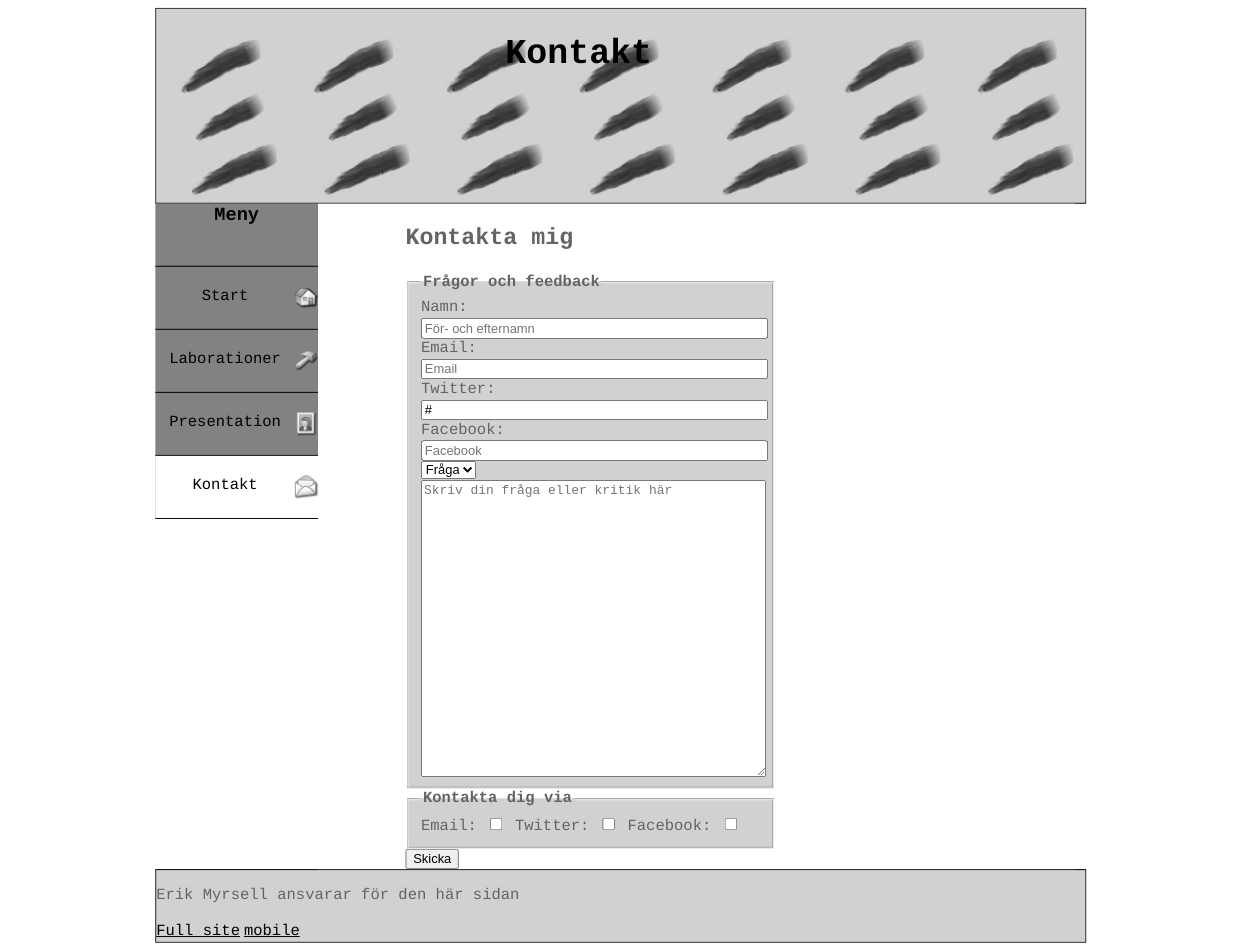
Repository: em222mt/1IK415_em222mt
Page: pages/kontakt.html
The author's editor kept a record of every edit. The page is drawn from the files as they stood at one moment, then again after the next edit.
The browser window is 1280 px wide. The pictures show the whole page, at 97% of full size.

Above is the page before.
Console error (its wording comes from the project's code and is left out).

After the next edit:
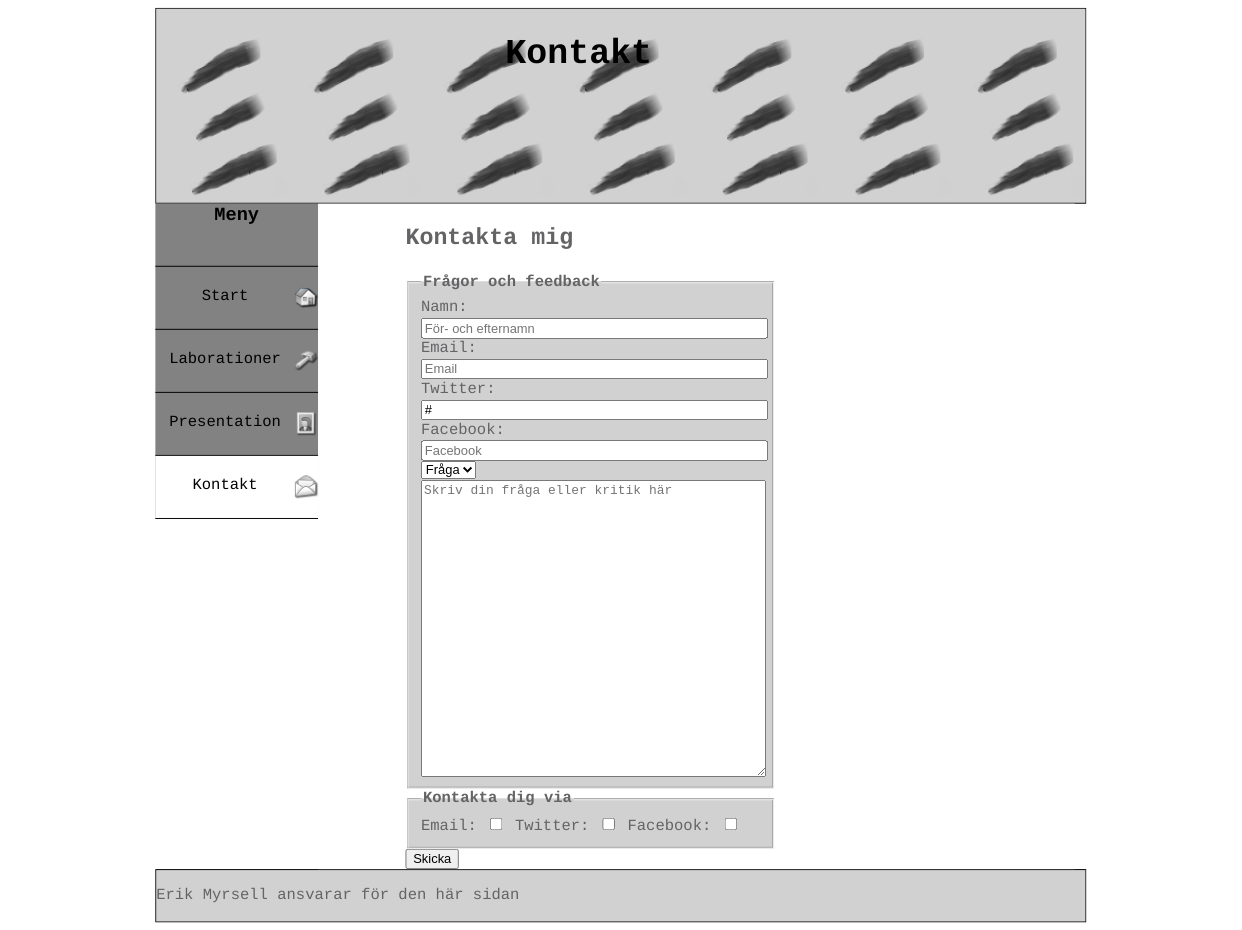
The error is gone.
The edit:
--- a/pages/kontakt.html
+++ b/pages/kontakt.html
@@ -94,8 +94,8 @@
 
                 <p>Erik Myrsell ansvarar för den här sidan</p>
 
-                <a href="/" onclick="setActiveStyleSheet(’basic’); return false;">Full site</a>
-                <a href="/" onclick="setActiveStyleSheet(’sscreen’); return false;">mobile</a>
+                <!--<a href="/" onclick="setActiveStyleSheet(’basic’); return false;">Full site</a>-->
+                <!--<a href="/" onclick="setActiveStyleSheet(’sscreen’); return false;">mobile</a>-->
 
             </div>
 
